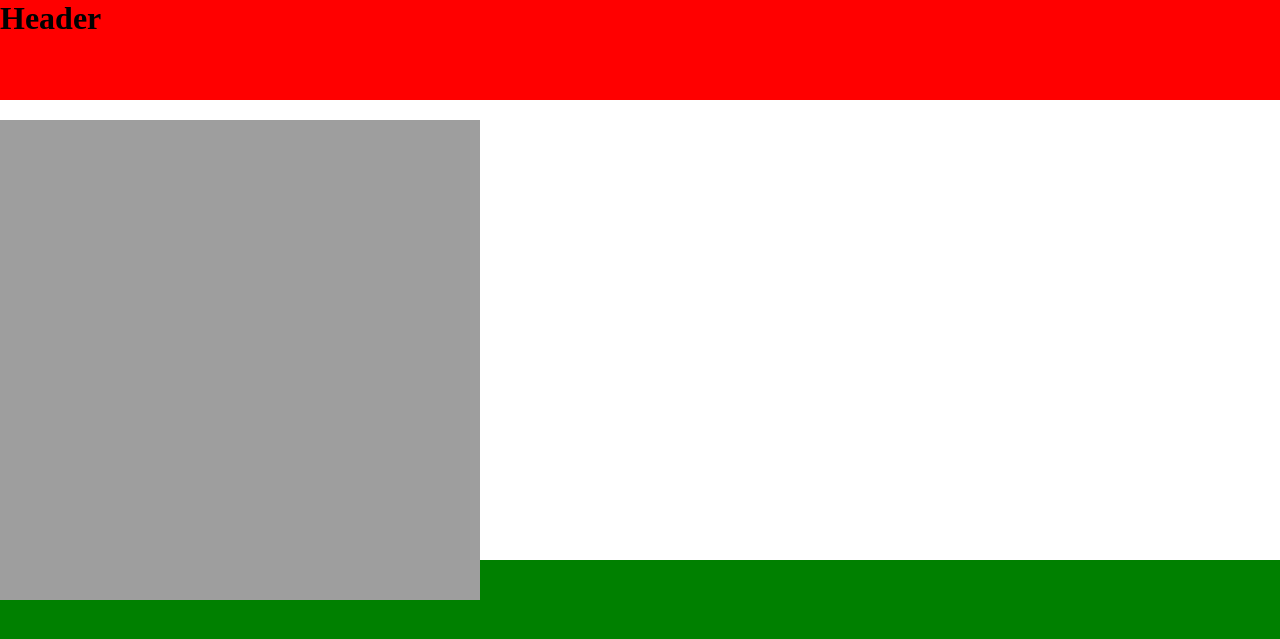
Repository: jameswilky/chess
Page: index.html
The author's editor kept a copy of each file at every save. The page is drawn from the files as they stood at one save, then again after a run of saves.
The browser window is 1280 px wide. The pictures show the whole page.

Above is the page before, as saved 2018-11-21 20:36:57.

After the next 2 saves:
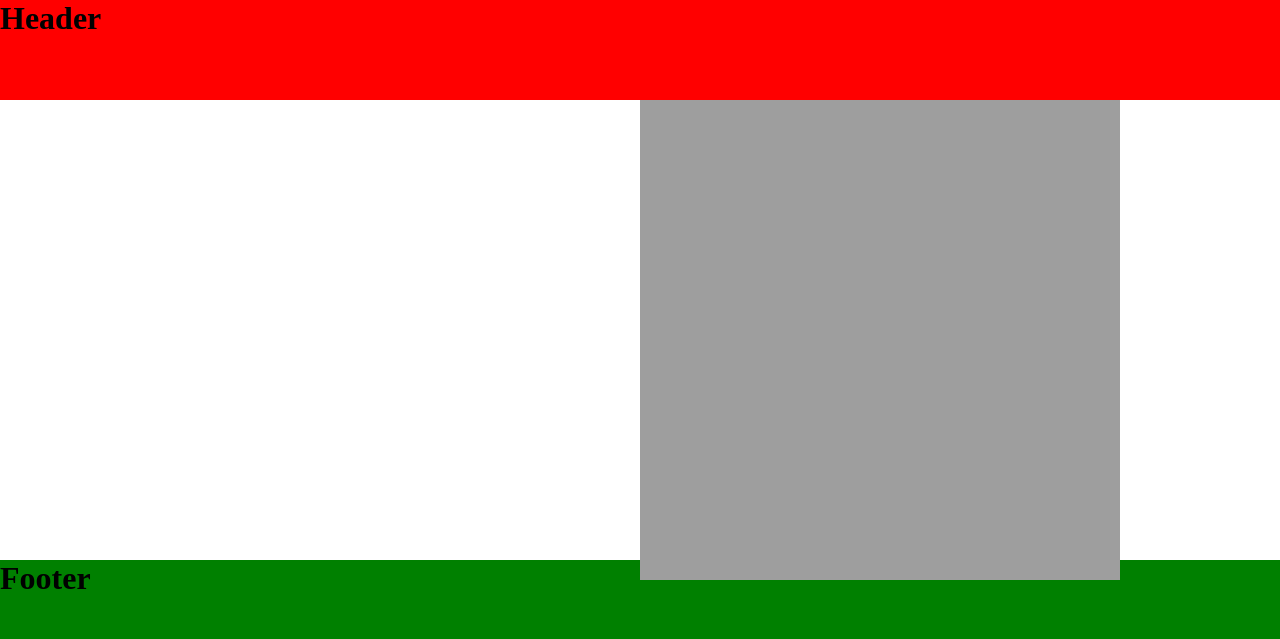
The 2 saves are shown as one change because they came seconds apart.
The last was saved 11 s later.
--- a/style.css
+++ b/style.css
@@ -10,7 +10,7 @@
   grid-area: game;
   top:100px;
   bottom:100px;
-  margin: auto;
+  margin-left: 50%;
   overflow: scroll;
 }
 
